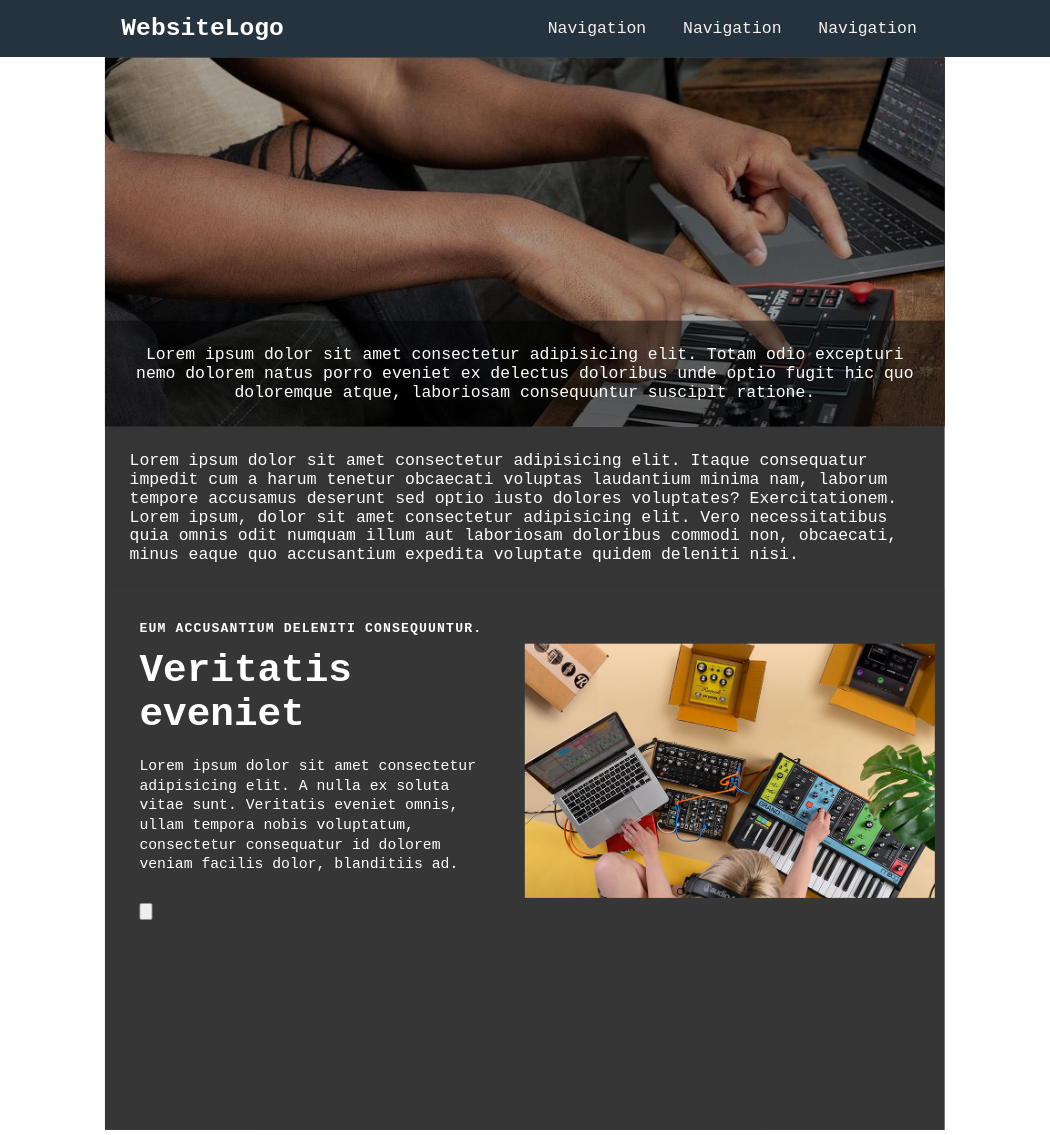
Repository: piotrokrutniak/Projekt-Studia
Page: index.html
These files come from the project's save history. The page is drawn as it stood at one moment and after the next save; the edit follows.
The browser window is 1280 px wide. The pictures show the whole page, at 82% of full size.

Above is the page before, as saved 2023-03-04 15:23:53.

### index.html
<!DOCTYPE html>
<head>
    <meta charset="UTF-8" />
    <meta http-equiv="X-UA-Compatible" content="IE=edge" />
    <meta name="viewport" content="width=device-width, initial-scale=1.0" />
    <link rel="stylesheet" type="text/css" href="styles.css" />
    <title>Website Title</title>
</head>
<body>
    <div class="navbar-container">
        <div class="navbar">
            <div class="logo">
                <div class="logo-contents">
                    WebsiteLogo
                </div>
            </div>
            <div class="navigation">
                <a href="/index" class="navigation-link">
                    <div class="navigation-button">
                        Navigation
                    </div>
                </a>
                <a href="/index" class="navigation-link">
                    <div class="navigation-button">
                        Navigation
                    </div>
                </a>
                <a href="/index" class="navigation-link">
                    <div class="navigation-button">
                        Navigation
                    </div>
                </a>
            </div>
        </div>
    </div>

    <div class="main-section">
        <div class="carousel-section">
            <img class="carousel-img" src="img/Hero-2.jpg" alt="MIDI controller on a table">
            <div class="carousel-desc">
                Lorem ipsum dolor sit amet consectetur adipisicing elit. Totam odio excepturi nemo dolorem natus porro eveniet ex delectus doloribus unde optio fugit hic quo doloremque atque, laboriosam consequuntur suscipit ratione.
            </div>
        </div>

        <div class="text-section">
        Lorem ipsum dolor sit amet consectetur adipisicing elit. Itaque consequatur impedit cum a harum tenetur obcaecati voluptas laudantium minima nam, laborum tempore accusamus deserunt sed optio iusto dolores voluptates? Exercitationem.
        Lorem ipsum, dolor sit amet consectetur adipisicing elit. Vero necessitatibus quia omnis odit numquam illum aut laboriosam doloribus commodi non, obcaecati, minus eaque quo accusantium expedita voluptate quidem deleniti nisi.
        </div>

        <div class="post-container">
            <div class="post-wrapper">
                <div class="info-row">
                    <div class="left-column">
                        <div class="text-wrapper">
                            <div class="top-text">Eum accusantium deleniti consequuntur.</div>
                            <div class="title">Veritatis eveniet</div>
                            <div class="subtitle">Lorem ipsum dolor sit amet consectetur adipisicing elit. A nulla ex soluta vitae sunt. Veritatis eveniet omnis, ullam tempora nobis voluptatum, consectetur consequatur id dolorem veniam facilis dolor, blanditiis ad.</div>
                            <div class="btn-wrap">
                                <input type="button" class="button">
                            </div>
                        </div>
                    </div>
                    <div class="right-column">
                        <div class="img-wrapper">
                            <img class="post-image" src="Img/Hero-1.jpg" alt="MIDI keyboard on a table.">
                        </div>
                    </div>
                </div>
            </div>
        </div>


    </div>
</body>

### styles.css
:root{
    --nav-link-width: 150px;
}

body{
    font-family: monospace;
    margin: 0;
    min-width: 328px;
    color: white;
    font-size: 14px;
}

.navbar-container{
    width: 100%;
    height: 70px;
    background: rgb(36, 51, 61);
    position: sticky;
    top: 0;
    max-width: 100%;
    overflow: hidden;
    z-index: 999;

}

.navbar{
    position: relative;
    max-width: 1024px;
    min-width: 328px;
    height: 50px;
    top: 0px;
    margin: auto;
    display: flex;
    flex-direction:row;
    justify-content: space-between;
    top: 50%;
    -ms-transform: translateY(-50%);
    transform: translateY(-50%);
    font-size: 20px;
}

a{
    text-decoration: none;
    color:rgba(245, 242, 238);
}

.navigation{
    display: grid;
    grid-template-columns: var(--nav-link-width) var(--nav-link-width) var(--nav-link-width);
    grid-gap: 15px;
    padding-right: 20px;
}

.navigation-link{
    position: relative;
    padding-left: 15px;
    padding-right: 15px;
    transition: 0.15s;
    transition-timing-function: ease-in-out;
    border: 1px solid;
    border-radius: 5px;
    border-color: rgba(255, 255, 255, 0);
}

.navigation-link:hover{
    border-color: rgba(255, 255, 255, 0.103);

}

.navigation-button{
    text-align: center;
    position: relative;
    top: 50%;
    -ms-transform: translateY(-50%);
    transform: translateY(-50%);
}

.logo{
    position: relative;
    height: 49px;
    padding-left: 20px;
    padding-right: 20px;
    font-weight: 900;
    font-size: 30px;
}

.logo-contents{
    text-align: center;
    position: relative;
    top: 50%;
    -ms-transform: translateY(-50%);
    transform: translateY(-50%);
}

.main-section{
    position: relative;
    max-width: 1024px;
    min-width: 328px;
    min-height: calc(100vh - 70px);
    margin: auto;
    font-size: 20px;
    background: rgb(53, 53, 53);
}

.carousel-section{
    position: relative;
    width: 100%;
    height: 450px;
    background: floralwhite;
}

@media screen and (max-width:750px){
    .carousel-section{
        min-height: 300px;
        height: auto;
    }
}

.carousel-section{
    background: black;
    max-width: 100%;
    width: 100%;
    text-align:center;
    position: sticky;
    margin: auto;
    max-height:calc(100vh - 80px);
    min-height: 250px;
    overflow: hidden;
}

.carousel-img{
    width: 100%;
    max-height:calc(100vh - 80px);
    display: flex;
    position: sticky;
    flex-shrink:0;
    object-fit:cover;
    min-height: 250px;
    object-fit: cover;
    opacity: 0.65;
}

.carousel-desc{
    position: absolute;
    bottom: 0px;
    width: calc(100% - 60px);
    max-width: 100%;
    background: rgba(0, 0, 0, 0.459);
    max-height: 20%;
    min-height: 50px;
    max-width: 1024px;
    min-width: 328px;
    padding: 30px;
}

.text-section{
    padding: 30px;
}

.post-container{
    color: white;
    max-width: 100%;
    /*
    background: ${({lightBg}) => (lightBg ? 'rgba(60,60,60,0.2)': '#f9f9f9')};
    */
    background: rgba(60,60,60,0.2);
    margin: auto;
    padding-top:20px;
    border-left: transparent solid 10px;
    border-right: transparent solid 10px;
}

.post-wrapper{
    display: grid;
    z-index:1;
    min-height:calc(100vh - 80px);
    width: 100%;
    max-width:100%;
    max-height: 400px;
    margin-right:auto;
    margin-left:auto;
    justify-content:center;
}

@media screen and (min-width:1023px){
    .post-wrapper{
    max-width:1000px;
    }
}

.info-row{
    display:grid;
    grid-auto-columns:minmax(358px,1fr);
    align-items:center;
    grid-template-areas: 'LeftColumn RightColumn';
    /*
    grid-template-areas: ${({imgStart})=>(imgStart ? `'RightColumn LeftColumn'`:`'LeftColumn RightColumn'`)};
    */
    min-height: 100px;
    max-height: 400px;
}

@media screen and (max-width:1023px){
    .info-row{
    /*
    grid-template-areas: ${({imgStart})=>(imgStart ? `'RightColumn' 'LeftColumn'`:`'RightColumn' 'LeftColumn'`)};
    */

    max-width:600px;
    margin: auto;
    }
}

.left-column{
    margin-bottom:15px;
    border-top: 20px solid transparent;
    max-width: 100%;
    grid-area: LeftColumn;
    display: flex;
    flex-direction: column;
    align-items: center;
    border-left: solid 30px transparent;
}

@media screen and (max-width: 760px){
    .left-column{
    border-left: solid 0px transparent;
    }
}

.right-column{
    margin-bottom:15px;
    max-width: 100%;
    grid-area: RightColumn;
    display: flex;
    flex-direction: column;
    justify-items:center;
    align-items: center;
    margin: auto;
}

@media screen and (max-width: 760px){
    .right-column{
        padding: 0 0 !important;
    }
}

.text-wrapper{
    max-width: 540px;
    padding-top:0;
    padding-bottom:5px;
}

.top-text{
    color: white;
    font-size:16px;
    font-weight:700;
    letter-spacing:1.4px;
    text-transform:uppercase;
    margin-bottom:16px;
    /*
    color: ${({darkText}) => (darkText ? 'white' : 'Black')};
    */
}

.title{
    margin-bottom:24px;
    font-size:48px;
    line-height:1.1;
    font-weight:600;
    color: white;
}

@media screen and (max-width:480px){
    .title{
        font-size:32px;
    }
}

.subtitle{
    max-width:440px;
    margin-bottom:35px;
    font-size: 18px;
    line-height: 24px;
    color: white;
}

.image-wrapper{
    width: 100%;
    max-width: 100%;
    max-height:600px;
    object-fit:cover;
    min-height: 250px;
    position: relative;
    object-fit: cover;
}

.post-image{
    position: relative;
    display: flex;
    flex-shrink: 0;
    object-fit: cover;
    max-width:100%;
    height: 100%;
    padding-right: 0;
    max-height:600px;
    padding-bottom: 0px;
}

.btn-wrap{
    display:flex;
    justify-content: flex-start;
}

After the next save:
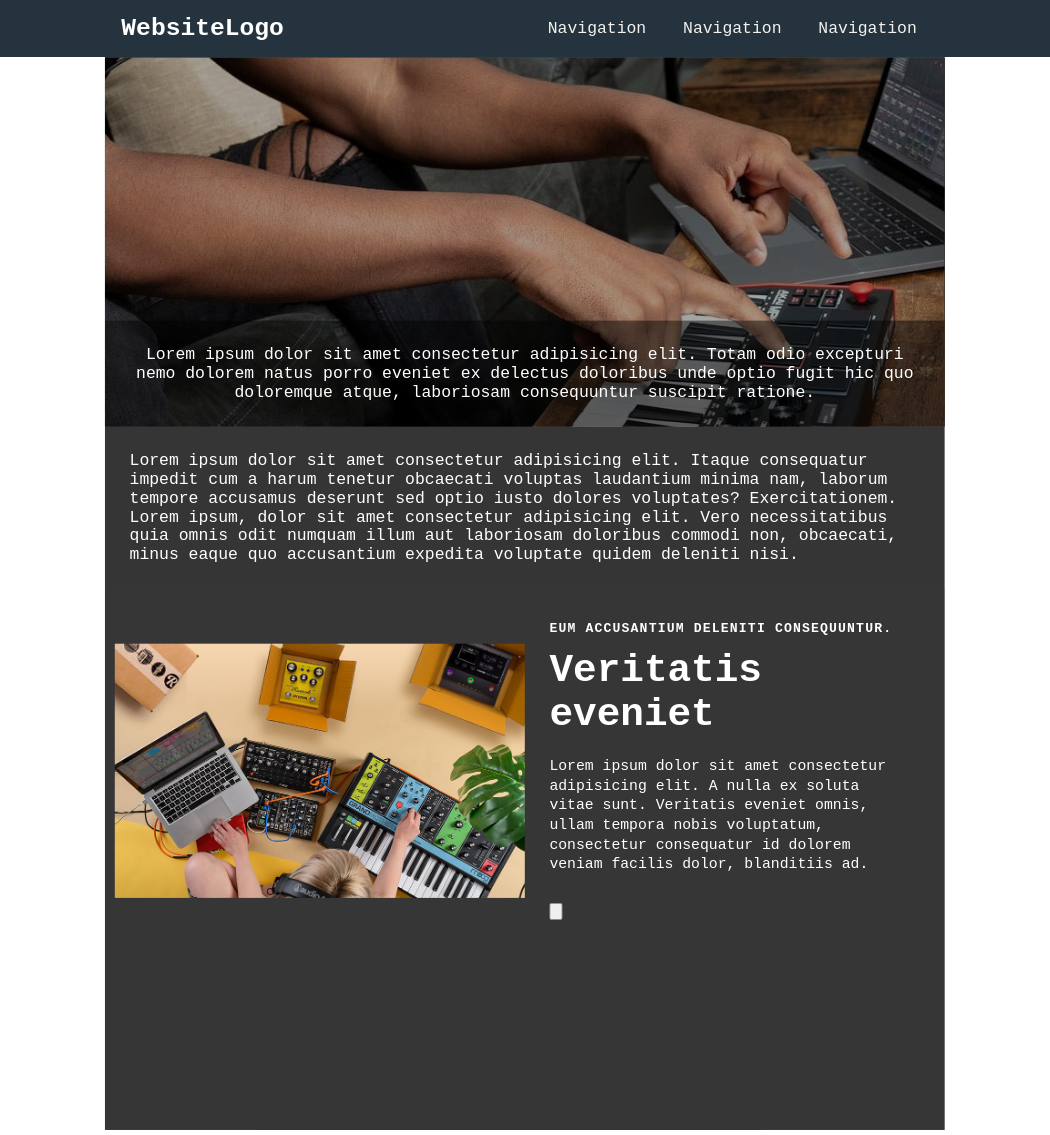
Saved 27 s later.
--- a/styles.css
+++ b/styles.css
@@ -191,7 +191,7 @@ a{
     display:grid;
     grid-auto-columns:minmax(358px,1fr);
     align-items:center;
-    grid-template-areas: 'LeftColumn RightColumn';
+    grid-template-areas: 'RightColumn LeftColumn';
     /*
     grid-template-areas: ${({imgStart})=>(imgStart ? `'RightColumn LeftColumn'`:`'LeftColumn RightColumn'`)};
     */
